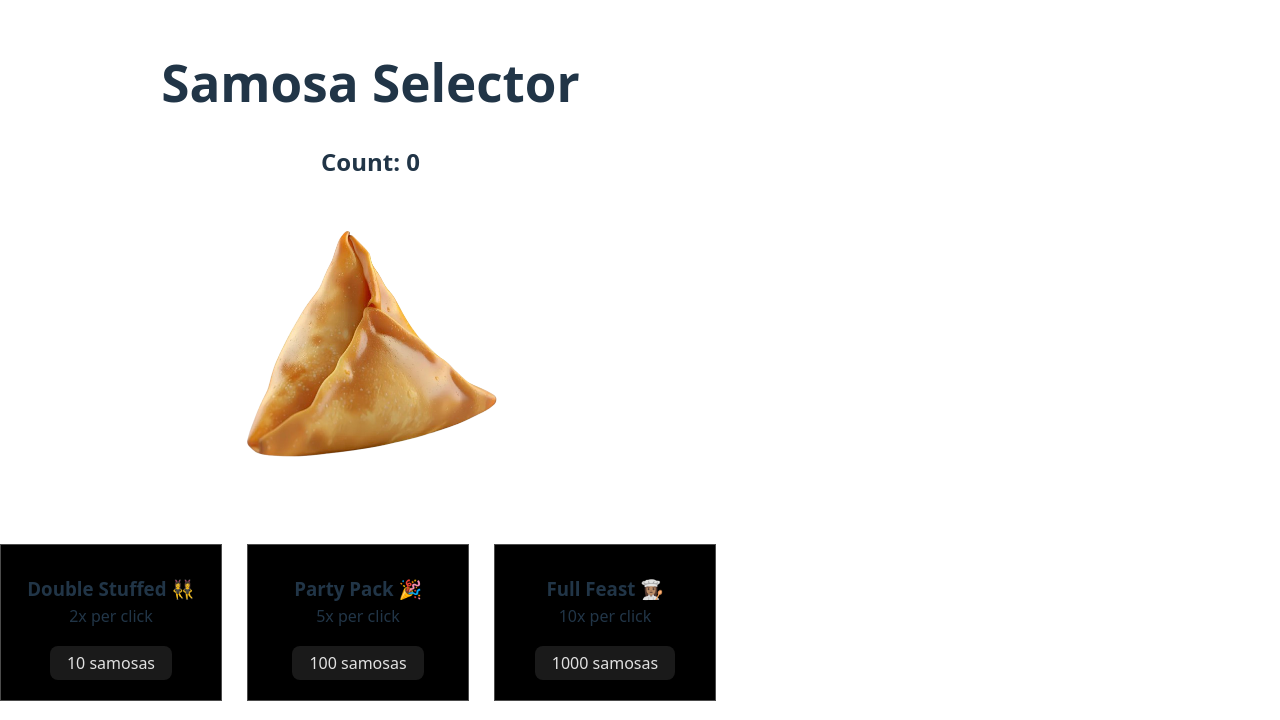
Repository: kvi1/Web102-Labs
Page: / (app in samosa-selector/)
An editor plug-in stored every save of this project. The page is shown before and after the next save, followed by the edit.
The browser window is 1280 px wide. The pictures show the whole page.
The pointer rests on the first visible `.App .container .upgrade button`.
The project was rebuilt for these pictures with package versions that can differ from the ones it lists, and the page was loaded fresh each time. Also part of the build but not shown: samosa-selector/vite.config.js.

Above is the page before, as saved 2025-03-01 14:23:49.

### samosa-selector/src/App.jsx
import './App.css';
import React, {useState} from 'react'
import samosa from './samosa.png'

const App = () => {
  const [count, setCount] = useState(0);
  const [multiplier, setMultiplier] = useState(1);

  const updateCount = () =>{
    setCount(count + multiplier);
  }
  return(
    <div className = "App">
      <div className = "header">
        <h1>Samosa Selector</h1>
        <h2>Count: {count}</h2>
        <img className = "samosa" src = {samosa} onClick = {updateCount}></img>
      </div>
      <div className = "container">
        <div className = "upgrade">
          <h3>Double Stuffed 👯‍♀️</h3>
          <p>2x per click</p>
          <button>10 samosas</button>
        </div>

        <div className = "upgrade">
          <h3>Party Pack 🎉</h3>
          <p>5x per click</p>
          <button>100 samosas</button>
        </div>

        <div className = "upgrade">
          <h3>Full Feast 👩🏽‍🍳</h3>
          <p>10x per click</p>
          <button>1000 samosas</button>
        </div>

      </div>
    </div>
  )
}

export default App

### samosa-selector/src/App.css
.App{
  display:flex;
  flex-direction: column;
  align-items: center;
  justify-content: center;
  text-align: center;
}

.App .samosa{
  height: 15em;
  padding: 1.5em;
  margin: 0 auto;
  text-align: center;
  cursor: pointer;
}

.App .container{
  margin-top: 50px;
  display: flex;

}

.App .container .upgrade{
  border: 1px solid rgba(153, 153, 153, 0.497);
  padding-top: 20px;
  padding-bottom: 20px;
  padding-left: 10px;
  padding-right: 10px;
  margin-right: 25px;
  width: 200px;
  line-height: 0.5;
  background: black;

}

.App .container .upgrade button{
  border-radius: 8px;
  border: 1px solid transparent;
  padding-top: 0.3em;
  padding-bottom: 0.3em;
  padding-left: 1em;
  padding-right: 1em;
  font-size: 1em;
  font-family: inherit;
  font-weight: 500;
  background: #1a1a1a;
  color: rgba(255, 255, 255, 0.87);
  cursor: pointer;
  margin-top: 10px;
}

Loaded but not shown: samosa-selector/index.html (common file); samosa-selector/src/main.jsx (common file); samosa-selector/src/index.css (common file)

After the next save:
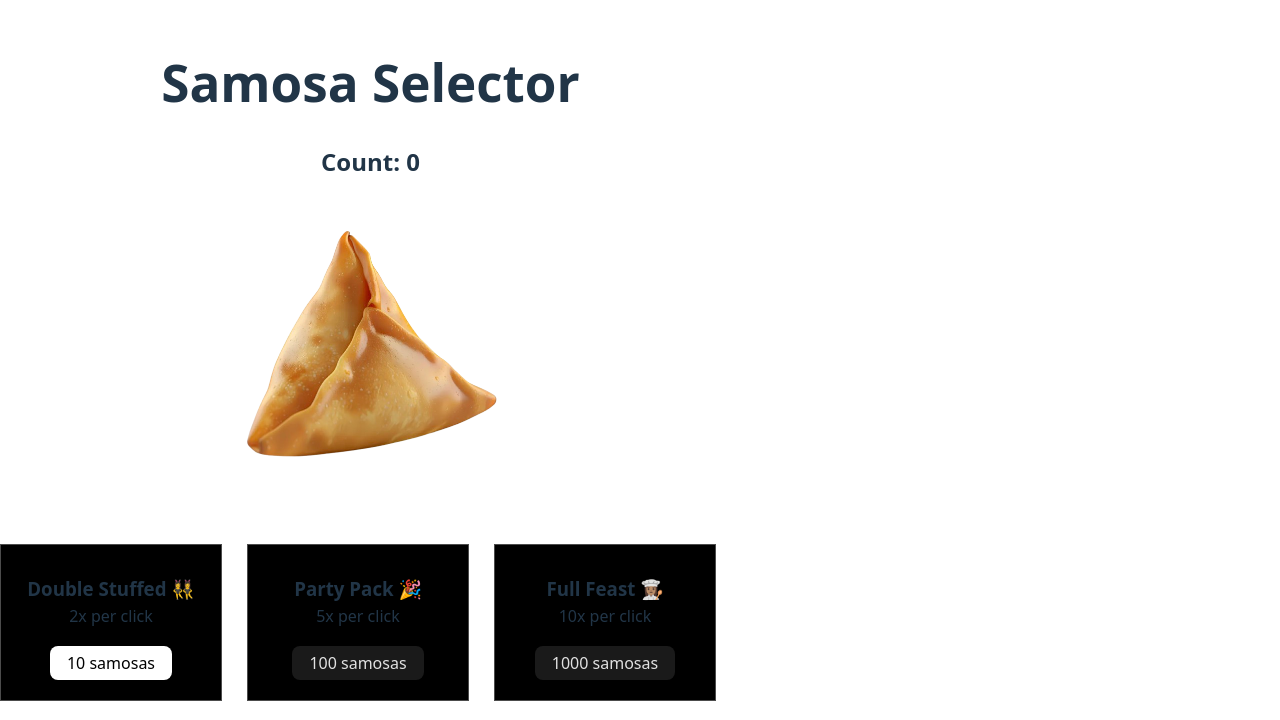
Saved 25 s later.
--- a/samosa-selector/src/App.css
+++ b/samosa-selector/src/App.css
@@ -48,3 +48,8 @@
   cursor: pointer;
   margin-top: 10px;
 }
+
+.App .container .upgrade button:hover{
+  background:white;
+  color:black;
+}
